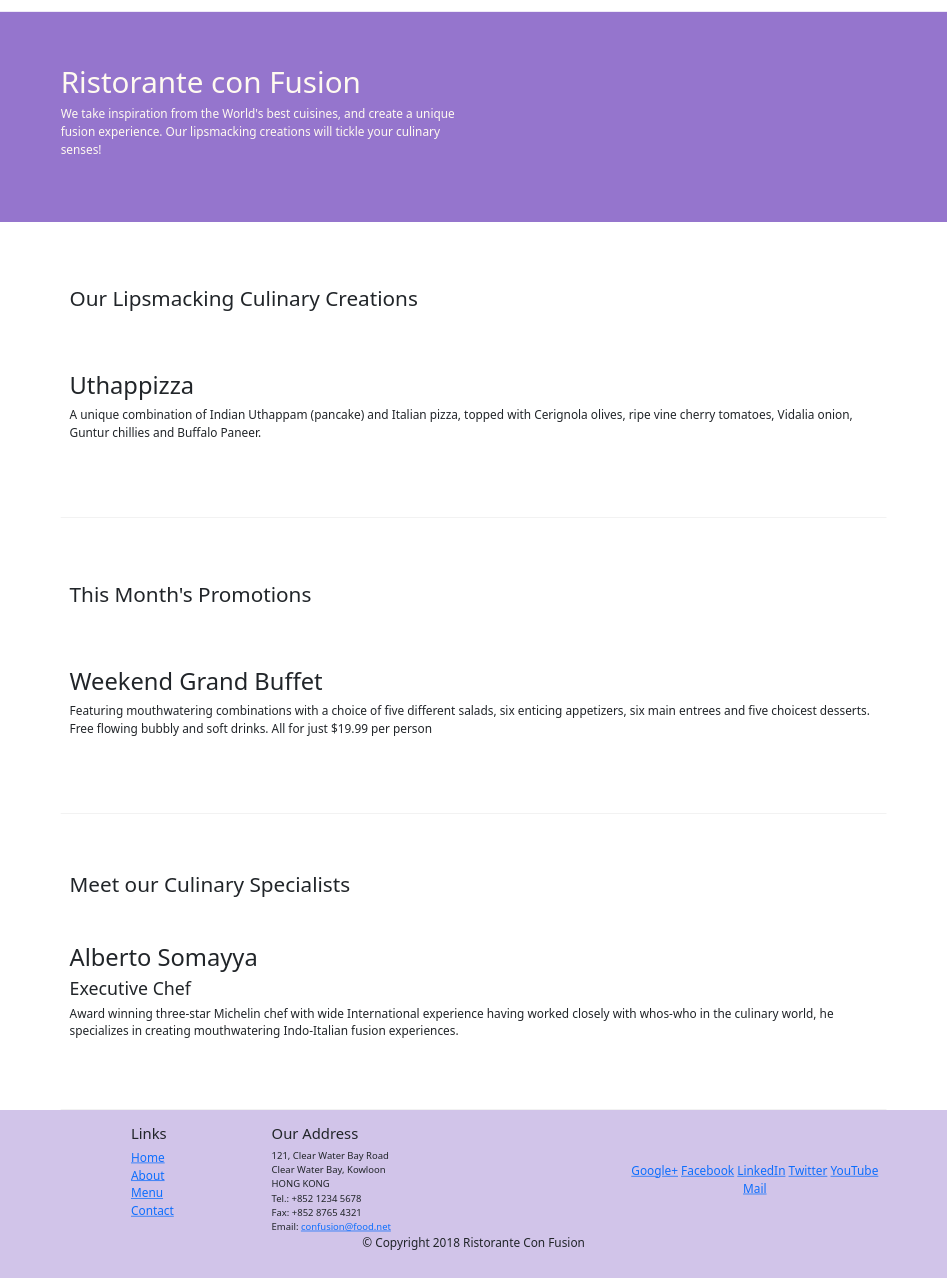
Repository: devjeremyjake/confusion
Page: index.html
An editor plug-in stored every save of this project. The page is shown before and after the next save, followed by the edit.
The browser window is 1280 px wide. The pictures show the whole page, at 74% of full size.
Some web libraries are served in a nearby version.

Above is the page before, as saved 2020-01-30 15:55:13.

After the next save:
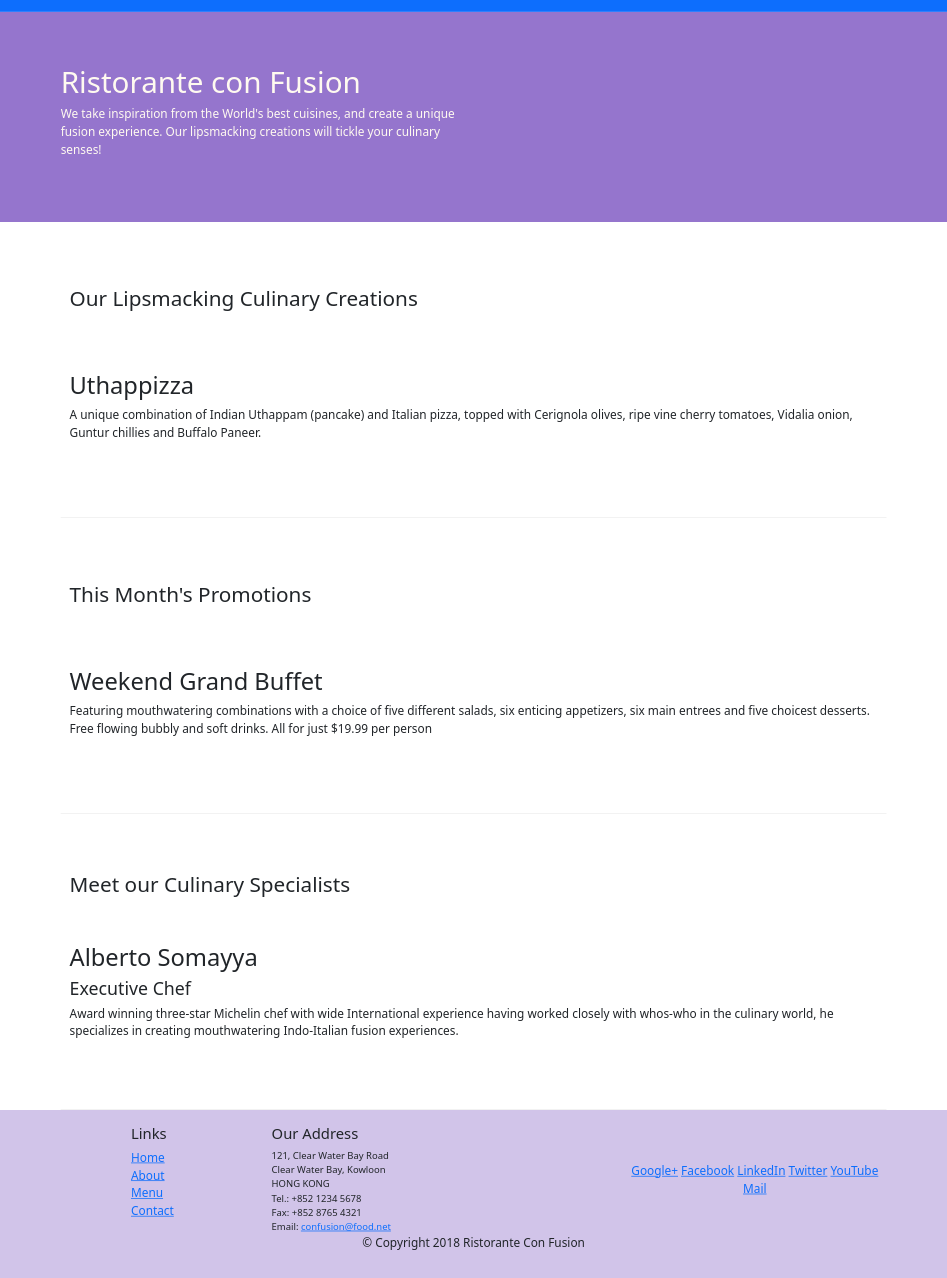
Saved 5 s later.
--- a/index.html
+++ b/index.html
@@ -10,7 +10,7 @@
 </head>
 
 <body>
-    <nav class="navbar navbar-dark navbar-expand-sm bg">
+    <nav class="navbar navbar-dark navbar-expand-sm bg-primary">
 
     </nav>
    <header class="jumbotron">
